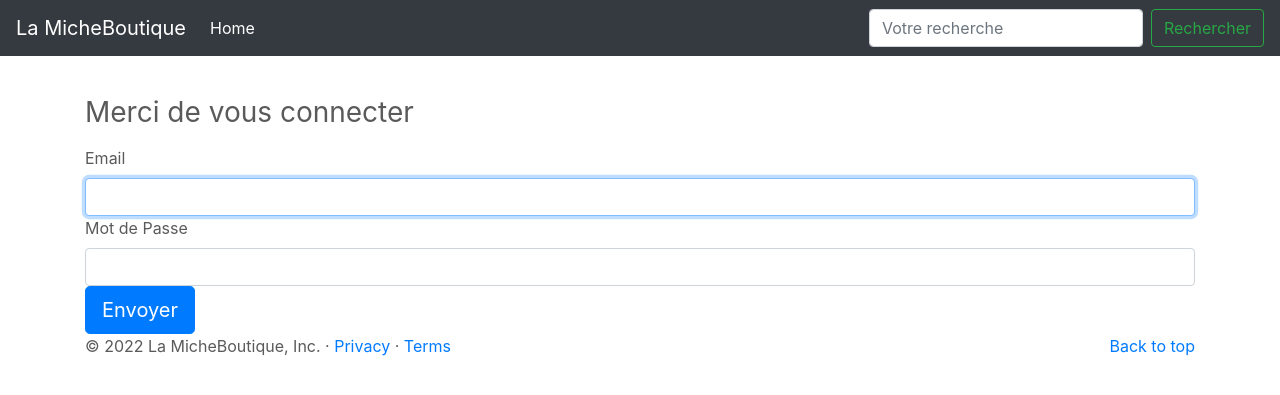
Repository: Michelhof1978/La-MicheBoutique
Page: templates/security/login.html.twig
An editor plug-in stored every save of this project. The page is shown before and after the next save, followed by the edit.
The browser window is 1280 px wide. The pictures show the whole page.
The page is a Twig template of a Symfony application; nobody is signed in and links lead nowhere. The template is opened directly, without the code that normally fills it, so the values that code supplies are empty.

Above is the page before, as saved 2022-01-17 10:28:15.

After the next save:
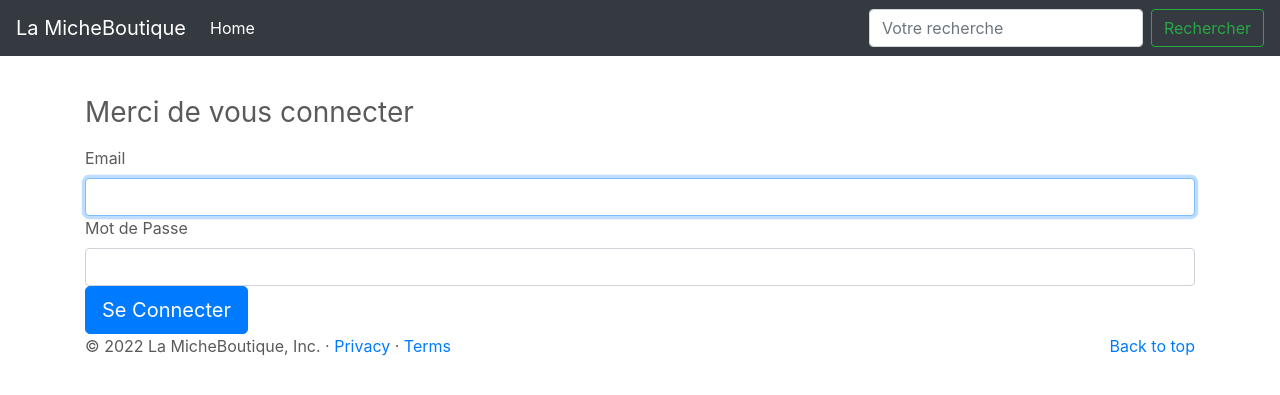
Saved 78 s later.
--- a/templates/security/login.html.twig
+++ b/templates/security/login.html.twig
@@ -36,7 +36,7 @@
     #}
 
     <button class="btn btn-lg btn-primary" type="submit">
-        Envoyer
+        Se Connecter
     </button>
 </form>
 {% endblock %}
